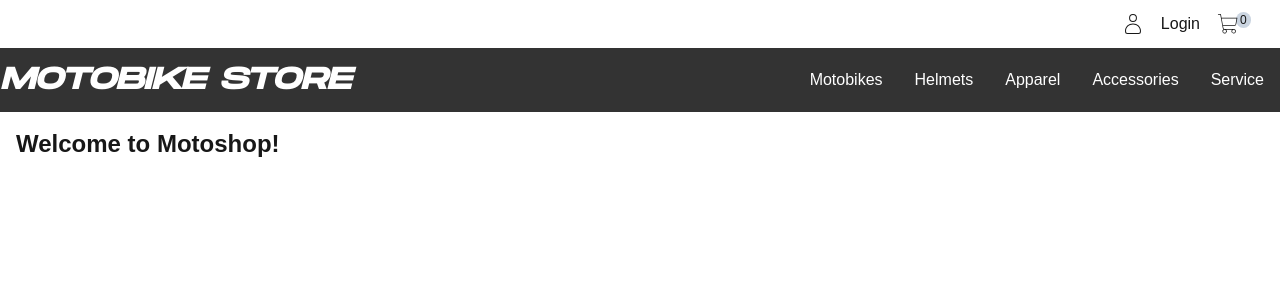
Repository: Than-sothearak/next-motoshop
Page: /
An editor plug-in stored every save of this project. The page is shown before and after the next save, followed by the edit.
The browser window is 1280 px wide. The pictures show the whole page.
The project was rebuilt for these pictures with package versions that can differ from the ones it lists, and the page was loaded fresh each time. The framework's server and built-in components were replaced by stand-ins that run in the browser. Also part of the build but not shown: next.config.mjs.

Above is the page before, as saved 2024-10-10 21:20:42.

### app/layout.js
import localFont from "next/font/local";
import "./globals.css";
import Navbar from "./components/Navbar";

export const metadata = {
  title: "Create Next App",
  description: "Generated by create next app",
};

export default function RootLayout({ children }) {
  return (
    <html lang="en">
      <body

      >
        <Navbar />
        {children}
      </body>
    </html>
  );
}

### app/page.js
export default function Home() {
  return (
    <div className="p-4">
    <h1 className="text-2xl font-bold">Welcome to Motoshop!</h1>
    {/* Product listing here */}
  </div>
  );
}

### app/components/Navbar.js
'use client'
import { PiShoppingCartThin } from "react-icons/pi";
import { CiUser } from "react-icons/ci";
import { usePathname } from "next/navigation";
const links = [
  { title: "Motobikes", link: "/motobike" },
  { title: "Helmets", link: "/helmets", subLink: [{title: 'Fullface', link:'/helmets/fullface'}] },
  { title: "Apparel", link: "/apparel" },
  { title: "Accessories", link: "/accessories" },
  { title: "Service", link: "/service" },
];
export default function Navbar() {
  const partName = usePathname();
  console.log(partName)
  return (
    <>
      <div className="flex gap-4 h-12 justify-end px-10 items-center">
        <CiUser size={24} className="cursor-pointer" />
        Login
        <div>
          <div className="relative">
            <p className="absolute bg-slate-300 text-xs rounded-full px-1 left-5">
              0
            </p>
          </div>
          <PiShoppingCartThin size={24} className="relative cursor-pointer" />
        </div>
      </div>
      <nav className="mx-auto text-black bg-black/80 flex justify-between relative">
        <div className="container mx-auto flex justify-between items-center">
          <div className="h-16 flex justify-center items-center">
            <a
              href="/"
              className="italic font-bold text-3xl font-monument text-white uppercase"
            >
              Motobike store
            </a>
          </div>

          <div className="flex text-white">
            {links.map((link) => (
              <div
                key={link.title}
                className={`${partName === link.link ? 'bg-black underline' : ''} flex gap-4 h-16 px-4 justify-center items-center`}
              >
                <a href={link.link} className="cursor-pointer hover:underline">
                  <h3>{link.title} </h3>
                </a>
              </div>
            ))}
          </div>
        </div>
      </nav>
    </>
  );
}

Loaded but not shown: app/globals.css (common file); tailwind.config.js (common file)

After the next save:
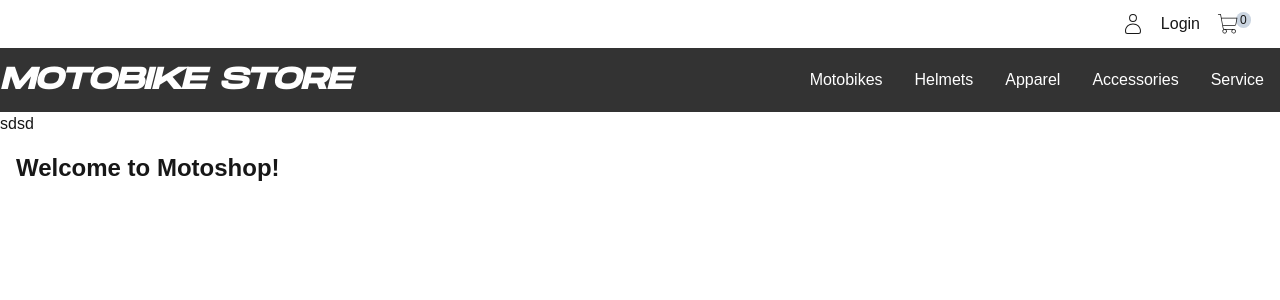
Saved 60 s later.
--- a/app/components/Navbar.js
+++ b/app/components/Navbar.js
@@ -51,6 +51,7 @@
           </div>
         </div>
       </nav>
+      <div>sdsd</div>
     </>
   );
 }
